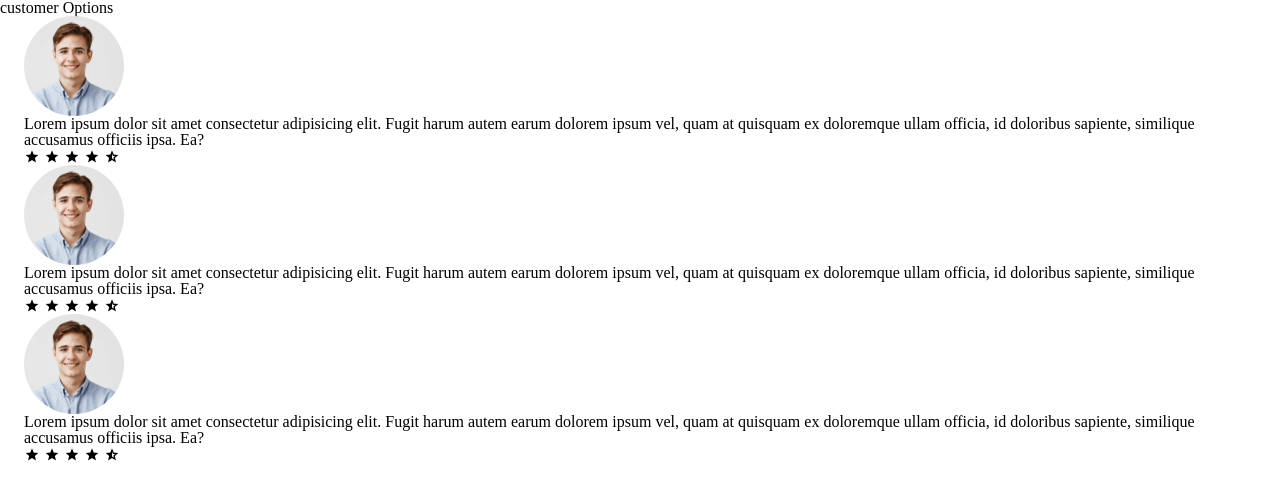
Repository: dinhhaidh/slider-3
Page: index.html
An editor plug-in stored every save of this project. The page is shown before and after the next save, followed by the edit.
The browser window is 1280 px wide. The pictures show the whole page.

Above is the page before, as saved 2024-03-22 20:12:49.

### index.html
<!DOCTYPE html>
<html lang="en">
<head>
    <meta charset="UTF-8">
    <meta name="viewport" content="width=device-width, initial-scale=1.0">
    <title>Document</title>
    <link rel="stylesheet" href="https://cdnjs.cloudflare.com/ajax/libs/remixicon/4.2.0/remixicon.min.css">

    <link rel="stylesheet" href="style.css">

</head>
<body>
    <div class="customer">
        <h3 class="customer__title">customer Options</h3>
        <div class="customer__container container">
            <div class="customer__swiper">
                <div>
                    <article class="customer__article">
                        <img src="./img1.png" alt="image" class="customer__img">

                        <p>
                            Lorem ipsum dolor sit amet consectetur adipisicing elit. Fugit harum autem earum dolorem ipsum vel, quam at quisquam ex doloremque ullam officia, id doloribus sapiente, similique accusamus officiis ipsa. Ea?
                        </p>

                        <div class="customer__star">
                            <i class="ri-star-s-fill"></i>
                            <i class="ri-star-s-fill"></i>
                            <i class="ri-star-s-fill"></i>
                            <i class="ri-star-s-fill"></i>
                            <i class="ri-star-half-s-line"></i>
                        </div>
                    </article>
                    <article class="customer__article">
                        <img src="./img1.png" alt="image" class="customer__img">

                        <p>
                            Lorem ipsum dolor sit amet consectetur adipisicing elit. Fugit harum autem earum dolorem ipsum vel, quam at quisquam ex doloremque ullam officia, id doloribus sapiente, similique accusamus officiis ipsa. Ea?
                        </p>

                        <div class="customer__star">
                            <i class="ri-star-s-fill"></i>
                            <i class="ri-star-s-fill"></i>
                            <i class="ri-star-s-fill"></i>
                            <i class="ri-star-s-fill"></i>
                            <i class="ri-star-half-s-line"></i>
                        </div>
                    </article>
                    <article class="customer__article">
                        <img src="./img1.png" alt="image" class="customer__img">

                        <p>
                            Lorem ipsum dolor sit amet consectetur adipisicing elit. Fugit harum autem earum dolorem ipsum vel, quam at quisquam ex doloremque ullam officia, id doloribus sapiente, similique accusamus officiis ipsa. Ea?
                        </p>

                        <div class="customer__star">
                            <i class="ri-star-s-fill"></i>
                            <i class="ri-star-s-fill"></i>
                            <i class="ri-star-s-fill"></i>
                            <i class="ri-star-s-fill"></i>
                            <i class="ri-star-half-s-line"></i>
                        </div>
                    </article>
                </div>
            </div>
        </div>
    </div>
</body>
</html>

### style.css
*,
*:before,
*:after {
  box-sizing: border-box;
}
* {
  margin: 0;
  padding: 0;
  font: inherit;
}
img,
picture,
svg,
video {
  display: block;
  max-width: 100%;
}
input,
select,
textarea {
  background-color: transparent;
  outline: none;
}
button {
  cursor: pointer;
  background-color: transparent;
  outline: none;
  border: 0;
}
body {
  min-height: 100vh;
  font-weight: 400;
  font-size: 16px;
  line-height: 1;
}


.container{
    max-width: 1220px;
    Margin-inline: 1.5rem;
}

.customer{

}
.customer__title{
    tex
}
.customer__container{

}

.customer__swiper{

}
.customer__article{

}
.customer__img{
    width: 100px;
    height: 100px;
    border-radius: 50%;
}
.customer__star{

}
.ri-star-s-fill{

}
.ri-star-half-s-line{

}

After the next save:
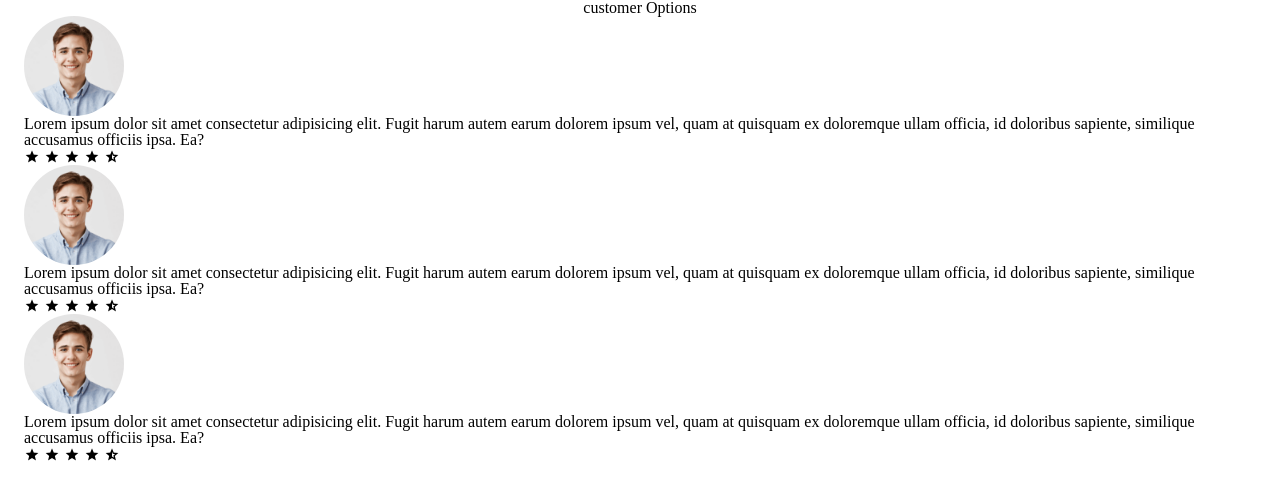
Saved 8 s later.
--- a/style.css
+++ b/style.css
@@ -44,7 +44,7 @@ body {
 
 }
 .customer__title{
-    tex
+    text-align: center
 }
 .customer__container{
 
